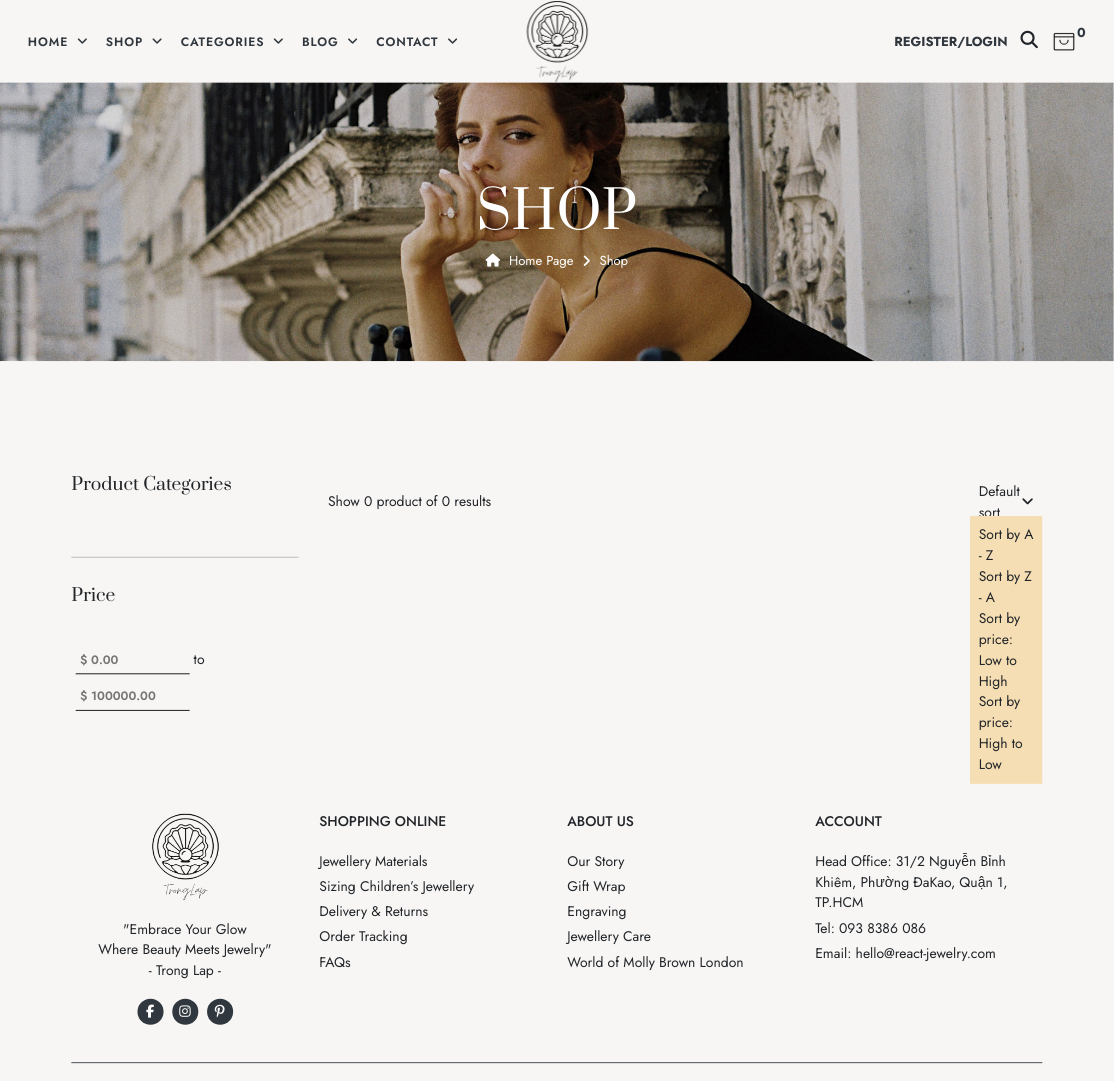
Repository: tronglap/react-jewelry
Page: /list-product
The author's editor kept a copy of each file at every save. The page is drawn from the files as they stood at one save, then again after the next save.
The browser window is 1280 px wide. The pictures show the whole page, at 87% of full size.
The page's requests for data from a server got no answer. The project was rebuilt for these pictures with package versions that can differ from the ones it lists, and the page was loaded fresh each time. No one was signed in, and anything a server would have sent is missing. Also part of the build but not shown: src/component/Button/Button.css, src/component/Button/Button.js, src/component/SliderBar/SliderBar.css, src/component/SliderBar/SliderBar.js, src/component/Home/WWD/WWD.css, src/component/Home/WWD/WWD.js, src/component/Home/Home.css, src/component/Home/Categories/Categories.js and 14 more.

Above is the page before, as saved 2024-03-26 18:43:17.

### src/App.css
@import url('https://fonts.googleapis.com/css2?family=Jost:ital,wght@0,100..900;1,100..900&family=Prata&display=swap');


* {
    margin: 0;
    padding: 0;
    box-sizing: border-box;
}

img {
    width: 100%;
}

a {
    text-decoration: none;
}

ul {
    list-style: none;
    margin: 0;
    padding: 0;
}

body {
    font-family: "Jost", sans-serif;
    --seconddaryfont: "Prata";
    --color-primary: #daa14c;
    --color-secondary: #30373e;
    --color-text: #666;
    --color-accent: #30373e;
    --color-lighter: #888;
    --color-dark: #202020;
    --color-highlight: #ccc;
    --color-border: #e3e3e3;
    --color-background-light: #f8f6f4;
    --color-background-field: #DADADA20;
    background-color: #f8f6f4;
}

### src/component/AutoTop/AutoTop.js
import { useEffect } from "react";
import { useNavigate } from "react-router-dom";

const AutoTop = () => {
  const navigate = useNavigate();
  useEffect(() => {
    window.scrollTo({
      top: 0,
      behavior: "smooth",
    });
  }, [navigate]);
  return null;
};

export default AutoTop;

### src/component/Footer/Footer.css
.footer {
    margin-top: 10%;
    text-align: left;
    height: 40vh;
    border-bottom: 0.1px solid var(--color-secondary);
    margin-bottom: 20px;
}

.footer .logo {
    margin: 0 auto;
    width: 30%;
}

.footer .slogan {
    text-align: center;
    margin: 20px 0;
}

.footer .social-links {
    display: flex;
    gap: 10px;
    margin-top: 10px;
    justify-content: center;
}

.footer .social-links a {
    display: flex;
    align-items: center;
    justify-content: center;
    color: white;
    background-color: var(--color-secondary);
    border-radius: 50%;
    width: 30px;
    height: 30px;
    font-size: 20px;
    text-align: center;
    transition: 0.3s ease;
}

.footer .social-links a:hover {
    background-color: var(--color-primary);
}

::selection {
    color: white;
    background-color: var(--color-primary);
}

.footer ul {
    margin-top: 25px;
}

.footer ul li {
    margin-bottom: 5px;
    cursor: pointer;
    transition: 0.2s linear;
}

.footer ul li:hover {
    color: var(--color-primary)
}

### src/component/ListProduct/ListProduct.css
.ListProduct .box_product {
    margin-top: 10%;
}

.ListProduct .box_product .Product_Categories {
    font-size: 20px;
    font-family: 'Prata', sans-serif;
    font-weight: 400;
    line-height: 1.35;
    text-transform: capitalize;
    margin-bottom: 30px;
    padding-bottom: 10px;
}

.ListProduct .box_product .Categories {
    border-bottom: 1px solid rgba(128, 128, 128, 0.5);
    padding-bottom: 30px;
}

.ListProduct .box_product .Categories .diamonds {
    display: flex;
    width: 35%;
    justify-content: space-between;
    font-size: 18px;
    font-weight: 400;
    font-style: normal;
    text-rendering: optimizeLegibility;
    color: var(--color-text);
    line-height: 1.5;
    letter-spacing: 0;
    cursor: pointer;
    transition: 0.2s ease;
}

.ListProduct .box_product .Categories .diamonds:hover {
    color: var(--color-primary)
}

.ListProduct .box_product .FBP .filterbyprice {
    font-size: 20px;
    font-family: 'Prata', sans-serif;
    font-weight: 400;
    line-height: 1.35;
    text-transform: capitalize;
    margin-bottom: 30px;
    margin-top: 30px;
    padding-bottom: 10px;
}

.ListProduct .box_product .FBP input {
    width: 50%;
    padding: 5px;
    font-size: 14px;
    margin: 5px;
    font-weight: 600;
    text-transform: none;
    border: none;
    border-bottom: 1px solid black;
    outline: none;
    background-color: transparent;
}

input[type=number]::-webkit-inner-spin-button {
    -webkit-appearance: none;
}

.ListProduct .box_product .Cart_list {
    margin-bottom: 20px;
}

.ListProduct .box_product .sorting {
    display: flex;
    justify-content: space-between;
    align-items: center;
}

.ListProduct .box_product .sorting .Count_AP {
    display: flex;
    margin-bottom: 20px;
    padding: 10px;
}

.ListProduct .box_product .sort {
    display: flex;
    align-items: center;
    justify-content: space-between;
    width: 10%;
    margin-bottom: 20px;
    padding: 10px;
    position: relative;
}

.ListProduct .box_product .sort .sorts {
    background-color: wheat;
    padding: 10px 10px;
    width: 100%;
    top: 50px;
    left: 0;
    position: absolute;
}

### src/component/Cart/Cart.css
.Cart .link_header {
    display: flex;
    justify-content: flex-start;
    align-items: center;
}

.Cart .link_header .Home,
.Cart .link_header .Shop {
    line-height: 24px;
    text-decoration: none;
    color: var(--color-text);
    font-weight: 400;
    font-size: 14px;
    transition: 0.2s ease;
}

.Cart .link_header .Shop {
    color: var(--color-primary)
}

.Cart .link_header .Home:hover,
.Cart .link_header .Home:hover i {
    color: var(--color-primary)
}

.Cart .link_header .Home i,
.Cart .link_header .icon i {
    margin-right: 10px;
    color: var(--color-text);
    transition: 0.2s ease;
    font-size: 13px;
}

.Cart .link_header .icon {
    display: flex;
    align-items: center;
    justify-content: center;
    margin: 0 10px;
}

.Cart .cart-product {
    display: none;
    margin-top: 10%;
    text-align: center;
}

.Cart .cart-product.active {
    display: block;
}

.Cart .noti.active {
    display: none;
}

.Cart .cart-product .title {
    color: var(--color-secondary);
    font-weight: 600;
    text-transform: uppercase;
}

.Cart .cart-product .quantity {
    display: flex;
    align-items: center;
    justify-content: space-between;
    border: 1px solid #e3e3e3;

}

.Cart .cart-product .quantity input {
    padding: 13px 0;
    font-size: 14px;
    font-weight: 600;
    text-align: center;
    margin: 0 auto;
    outline: none;
    background-color: transparent;
    border: none;
    width: 50%;
}

.Cart .cart-product .quantity button {
    padding: 5px 10px 5px 10px;
    border: none;
    background-color: transparent;
    transition: 0.5s linear;
    border-radius: 50%;
    outline: none;
}

.Cart .cart-product .quantity button:active {
    background-color: rgba(128, 128, 128, 0.5)
}

p {
    margin: 0;
}

.Cart .cart-product .bill {
    text-align: left;
    padding: 30px 30px 40px;
    position: relative;
    background-color: #F8F6F4;
    border: 6px solid #E3E3E3;
    border-radius: 5px;
    color: var(--color-secondary)
}

.Cart .cart-product .bill .cart-total h2 {
    font-size: 28px;
    font-family: 'Prata', sans-serif;
    margin-bottom: 15px;
    font-weight: 400;
}

.Cart .cart-product .bill .total-product,
.Cart .cart-product .bill .total {
    display: flex;
    justify-content: space-between;
    align-items: center;
    font-size: 18px;
    padding: 1em 0;
}

.Cart .cart-product .bill .total {
    margin: 10% 0
}

.Cart .cart-product .bill .total .price {
    font-size: 24px;
    color: var(--color-primary);
    font-weight: 600;
}

.Cart .cart-product .bill .proceed-to-checkout {
    outline: none;
    text-align: center;
}

.Cart .cart-product .bill .proceed-to-checkout .btn-proceed .shop-now {
    margin: 0;
    text-transform: uppercase;
    width: 100%;
    font-weight: 600;
    font-size: 13px;
}

.Cart .cart-product .bill .proceed-to-checkout .btn-proceed .shop-now:hover {
    box-shadow: inset 350px 0 0 0 var(--color-primary);
}

### src/component/Home/Categories/Categories.css
img {
    width: 100%;
}

.icon_cate {
    display: flex;
    gap: 20px;
    margin: 10% 0;
    justify-content: center;
    align-items: center;
}

.icon_cate .icon1,
.icon_cate .icon2,
.icon_cate .icon3 {
    text-align: center;
}

.icon_cate .icon1 .img_icon,
.icon_cate .icon2 .img_icon,
.icon_cate .icon3 .img_icon {
    display: flex;
    justify-content: center;
    margin-bottom: 15px;
}

.icon_cate .icon1 .img_icon .thumb,
.icon_cate .icon2 .img_icon .thumb,
.icon_cate .icon3 .img_icon .thumb {
    width: 25%;
    border-radius: 50%;
    padding: 20px;
    transition: 0.2s ease;
}

.icon_cate .icon1:hover .img_icon .thumb,
.icon_cate .icon2:hover .img_icon .thumb,
.icon_cate .icon3:hover .img_icon .thumb {
    background: var(--color-primary)
}

.icon_cate .icon1 .title,
.icon_cate .icon2 .title,
.icon_cate .icon3 .title {
    font-size: 24px;
    font-family: 'Prata', sans-serif;
    letter-spacing: .3px;
    color: var(--color-secondary);
    margin-bottom: 15px;
    transition: 0.2s ease;
}

.icon_cate .icon1:hover .title,
.icon_cate .icon2:hover .title,
.icon_cate .icon3:hover .title {
    color: var(--color-primary)
}

.icon_cate .icon1 .desc,
.icon_cate .icon2 .desc,
.icon_cate .icon3 .desc {
    width: 60%;
    margin: 0 auto;
}

.cate {
    overflow: hidden;
}

.cate .right .diamond {
    overflow: hidden;
}

.cate .right {
    display: flex;
    flex-wrap: wrap;
    gap: 5%;
}

.cate .necklaces,
.cate .right .diamond,
.cate .right .earrings,
.cate .right .rings {
    position: relative;
    transition: 0.5s ease;
}

.cate .necklaces::after,
.cate .right .diamond::after,
.cate .right .earrings::after,
.cate .right .rings::after {
    content: "";
    display: block;
    opacity: 0;
    width: 100%;
    height: 200px;
    background: linear-gradient(to top, rgba(0, 0, 0, 0.3), rgba(0, 0, 0, 0));
    bottom: -100px;
    position: absolute;
    transition: 0.5s ease;
    z-index: 0;
}

.cate .necklaces:hover::after,
.cate .right .diamond:hover::after,
.cate .right .earrings:hover::after,
.cate .right .rings:hover::after {
    opacity: 1;
    bottom: 0;
}

.cate .necklaces::before,
.cate .right .diamond::before,
.cate .right .earrings::before,
.cate .right .rings::before {
    content: "";
    opacity: 0;
    width: 100%;
    height: 50px;
    font-family: 'Prata', sans-serif;
    font-size: 35px;
    color: white;
    text-align: center;
    bottom: -50px;
    position: absolute;
    transition: 0.5s ease;
    z-index: 1;
}

.cate .necklaces:hover::before {
    content: "Necklaces";
    opacity: 1;
    bottom: 20px;
}

.cate .right .diamond:hover::before {
    content: "Diamond";
    opacity: 1;
    bottom: 20px;
}

.cate .right .earrings:hover::before {
    content: "Earrings";
    opacity: 1;
    bottom: 20px;
}

.cate .right .rings:hover::before {
    content: "Rings";
    opacity: 1;
    bottom: 20px;
}

### src/component/Header/Header.css
.nav {
    display: flex;
    justify-content: space-between;
    padding: 10px 50px;
    position: absolute;
    background-color: rgba(255, 255, 255, 0);
    color: var(--color-secondary);
    z-index: 1;
    width: 100%;
}

svg {
    margin-top: 0px;
}

path {
    fill: black;
    stroke: black;
    stroke-width: 2px;
    transition: 0.2s linear;
}



.nav .left,
.nav .mid,
.nav .right {
    display: flex;
    align-items: center;
    justify-content: center;
    width: 10%;
}

.nav .right .register a {
    color: var(--color-secondary);
    text-transform: uppercase;
    font-weight: bold;
    font-size: 15px;
    transition: 0.2s linear;
}

.nav .right .register a:hover {
    color: var(--color-primary)
}

.nav .right .cart {
    display: flex;
    justify-content: center;
    align-items: center;
    margin-left: 15px;
    cursor: pointer;
}


.nav .right .cart:hover svg path {
    fill: var(--color-primary);
    stroke: var(--color-primary);
    stroke-width: 2px;
}

.nav .right .cart:hover .count {
    color: var(--color-primary)
}

.nav .right .cart .count {
    font-weight: bold;
    font-size: 15px;
    margin-bottom: 20px;
    transition: 0.2s linear;
    color: var(--color-secondary)
}


.nav .left .bar {
    display: flex;
    justify-content: center;
    align-items: center;
    cursor: pointer;
    position: relative;
    color: transparent;
}

.nav .left .bar .line1 {
    display: block;
    width: 20px;
    height: 2px;
    background-color: var(--color-secondary);
    top: 5px;
    left: 0;
    position: absolute;
    border-radius: 5px;
    transition: 0.1s linear;
}

.nav .left .bar .line2 {
    display: block;
    width: 15px;
    height: 2.5px;
    background-color: var(--color-secondary);
    top: 10px;
    left: 0;
    position: absolute;
    transition: 0.1s linear;
    border-radius: 5px;
}

.nav .left .bar .line3 {
    display: block;
    width: 20px;
    height: 2.5px;
    background-color: var(--color-secondary);
    top: 15px;
    left: 0;
    position: absolute;
    border-radius: 5px;
    transition: 0.1s linear;
}

.nav .left .bar:hover .line1,
.nav .left .bar:hover .line2,
.nav .left .bar:hover .line3 {
    background-color: var(--color-primary)
}

.nav .left .bar:hover .line2 {
    width: 20px;
}

.nav .left .search {
    display: flex;
    justify-content: center;
    align-items: center;
    cursor: pointer;
    transition: 0.2s ease;
}

.nav .left .search:hover {
    color: var(--color-primary)
}

.nav .left .search p {
    text-transform: uppercase;
    font-size: 10px;
    font-weight: bold;
    margin: 0;
}

.nav .left .search i {
    margin-right: 5px;
    font-size: 20px;
}

.nav .mid .logo {
    width: 30%;
}

/*------------------------------------*/

/*  {
    display: none;
    top: 0;
    left: 0;
    width: 100%;
    background-color: rgba(0, 0, 0, 0.5);
    position: absolute;
}

.active {
    display: block;
} */

.NavBar {
    opacity: 0;
    pointer-events: none;
    top: 0;
    left: -200px;
    width: 30%;
    height: 100vh;
    padding: 20px;
    transition: 0.3s linear;
    background-color: white;
    position: absolute;

}

.NavBar.active {
    pointer-events: visible;
    opacity: 1;
    left: 0;
}

.NavBar .icon_close {
    margin-bottom: 5%;
    cursor: pointer;
    position: relative;
}


.NavBar .icon_close .icon .line1 {
    width: 20px;
    height: 2px;
    top: 10px;
    right: 0;
    border-radius: 5px;
    background-color: black;
    transition: 0.3s ease;
    transform: rotate(45deg);
    position: absolute;
}

.NavBar .icon_close .icon .line2 {
    width: 20px;
    height: 2px;
    top: 10px;
    right: 0;
    border-radius: 5px;
    background-color: black;
    transition: 0.3s ease;
    transform: rotate(-45deg);
    position: absolute;
}

.NavBar .icon_close .icon:hover .line1,
.NavBar .icon_close .icon:hover .line2 {
    transform: rotate(0);
    height: 3.5px;
    background-color: var(--color-primary)
}

.NavBar .icon_close .Menu {
    color: var(--color-secondary);
    text-transform: uppercase;
    text-align: left;
    font-size: 14px;
    font-weight: 500;
    line-height: 20px;
    position: relative;
}

.NavBar .icon_close .Menu::after {
    content: "";
    display: block;
    margin-top: 20%;
    width: 100%;
    height: 2px;
    background-color: var(--color-primary);
    position: absolute;
}

.NavBar .Home,
.NavBar .Shop,
.NavBar .Categories,
.NavBar .Blog,
.NavBar .Contact {
    display: flex;
    justify-content: space-between;
    align-items: center;
    font-weight: 400;
    font-size: 14px;
    color: var(--color-secondary);
    padding: 15px 0px;
    transition: 0.1s linear;
    cursor: pointer;
}

.NavBar .Home i,
.NavBar .Shop i,
.NavBar .Categories i,
.NavBar .Blog i,
.NavBar .Contact i {
    font-size: 15px;
    transition: 0.3s ease;
}

.NavBar .Home:hover,
.NavBar .Shop:hover,
.NavBar .Categories:hover,
.NavBar .Blog:hover,
.NavBar .Contact:hover {
    color: var(--color-primary)
}

.NavBar .Home.active i,
.NavBar .Shop.acive i,
.NavBar .Categories.active i,
.NavBar .Blog.active i,
.NavBar .Contact.active i {
    transform: rotate(90deg);
}

### src/component/Header/HeaderMain/Header.css
svg {
    margin-top: 0px;
}

path {
    fill: black;
    stroke: black;
    stroke-width: 2px;
    transition: 0.2s linear;
}

.HeaderMain {
    display: flex;
    justify-content: space-between;
    align-items: center;
    padding: 0 20px;
}

.HeaderMain .left {
    display: flex;
    gap: 20px;
    width: 40%;
}

.HeaderMain .left .Home,
.HeaderMain .left .Shop,
.HeaderMain .left .Categories,
.HeaderMain .left .Blog,
.HeaderMain .left .Contact {
    display: flex;
    justify-content: space-between;
    align-items: center;
    text-transform: uppercase;
    line-height: 1.2857142857;
    font-weight: 600;
    font-size: 14px;
    color: var(--color-secondary);
    letter-spacing: 1px;
    transition: 0.2s ease;
}

.HeaderMain .left .Home:hover,
.HeaderMain .left .Shop:hover,
.HeaderMain .left .Categories:hover,
.HeaderMain .left .Blog:hover,
.HeaderMain .left .Contact:hover {
    color: var(--color-primary);
}


.HeaderMain .left .Home i,
.HeaderMain .left .Shop i,
.HeaderMain .left .Categories i,
.HeaderMain .left .Blog i,
.HeaderMain .left .Contact i {
    margin-left: 10px;
}

.HeaderMain .mid {
    display: flex;
    justify-content: center;
    width: 20%;
}

.HeaderMain .mid .thumb {
    width: 30%;
}

.HeaderMain .right {
    display: flex;
    align-items: center;
    justify-content: right;
    width: 40%;
}

.HeaderMain .right .register a {
    color: var(--color-secondary);
    text-transform: uppercase;
    font-weight: bold;
    font-size: 15px;
    transition: 0.2s linear;
}

.HeaderMain .right .register a:hover {
    color: var(--color-primary)
}

.HeaderMain .right .search {
    transition: 0.2s ease;
}

.HeaderMain .right .search i {
    font-size: 20px;
    margin-left: 15px;
}

.HeaderMain .right .search:hover {
    color: var(--color-primary)
}

.HeaderMain .right .cart {
    display: flex;
    justify-content: center;
    align-items: center;
    margin-left: 15px;
    cursor: pointer;
}


.HeaderMain .right .cart:hover svg path {
    fill: var(--color-primary);
    stroke: var(--color-primary);
    stroke-width: 2px;
}

.HeaderMain .right .cart:hover .count {
    color: var(--color-primary)
}

.HeaderMain .right .cart .count {
    font-weight: bold;
    font-size: 15px;
    margin-bottom: 20px;
    transition: 0.2s linear;
    color: var(--color-secondary)
}

### src/component/ListProduct/Banner/Banner.css
.Banner {
    position: relative;
}

.Banner::after {
    content: "";
    display: block;
    width: 100%;
    height: 100%;
    background-color: rgba(0, 0, 0, 0.5);
}

.Banner .content {
    text-align: center;
    width: 100%;
    top: 50%;
    transform: translateY(-50%);
    position: absolute;
    z-index: 999;

}

.Banner .content .title {
    font-size: 60px;
    font-family: 'Prata', sans-serif;
    color: white;
}

.Banner .content .link_header {
    display: flex;
    justify-content: center;
    align-items: center;
}

.Banner .content .link_header .Home,
.Banner .content .link_header .Shop {
    text-decoration: none;
    color: white;
    font-weight: 400;
    font-size: 15px;
    transition: 0.2s ease;
}

.Banner .content .link_header .Home:hover,
.Banner .content .link_header .Home:hover i {
    color: var(--color-primary)
}

.Banner .content .link_header .Home i,
.Banner .content .link_header .icon {
    margin-right: 10px;
    color: white;
    transition: 0.2s ease
}

.Banner .content .link_header .icon {
    display: flex;
    align-items: center;
    justify-content: center;
    margin: 0 10px;
}

### src/component/CardProduct/CartProduct.css
img {
    width: 100%;
}

.Card_item {
    margin: 0 5px;
    text-align: center;
    position: relative;
    width: 100%;
    text-align: center;
    overflow: hidden;
}

.Card_item .thumb {
    display: block;
    position: relative;
    transition: 0.5s linear;
    overflow: hidden;
    width: 290px;
}

.Card_item .thumb:hover {
    border-radius: 49% 49% 0 0;
}

.Card_item .thumb img {
    transition: 0.5s ease;
    position: relative;
}

.Card_item .thumb img:first-child {
    opacity: 1;
    transition: 0.3s linear;

}

.Card_item .thumb:hover img:first-child {
    opacity: 0;
}

.Card_item .thumb img:last-child {
    opacity: 0;
    position: absolute;
    top: 0;
    left: 0;
    transition: 0.3s linear;
}

.Card_item .thumb:hover img:last-child {
    opacity: 1;
    display: block;
    transform: scale(1.2);
}

.Card_item .sale {
    display: none;
    width: 50px;
    height: 20px;
    color: white;
    padding: 2.5px 10px;
    font-weight: bold;
    font-size: 10px;
    top: 10px;
    left: 10px;
    background-color: var(--color-primary);
    position: absolute;
    transition: 0.2s linear;
    z-index: 999;
}

.Card_item .sale.active {
    display: block;
}

.Card_item:hover .sale.active {
    display: none;
}

.Card_item .info {
    margin-top: 10px;
}

.Card_item .info .cate {
    color: var(--color-primary);
    text-transform: uppercase;
    font-size: 12px;
    font-weight: 500;
    line-height: 1.35;
}

.Card_item .info .name {
    font-size: 20px;
    color: var(--color-secondary);
    text-transform: capitalize;
    transition: 0.2s ease;
}

.Card_item .info .name:hover {
    color: var(--color-primary)
}

.Card_item .info .material {
    color: var(--color-text);
    text-transform: capitalize;
    font-size: 14px
}

.Card_item .info .price .discount {
    font-weight: 700;
    color: var(--color-secondary)
}

.Card_item .info .price .cost {
    color: var(--color-secondary);
    font-weight: 500;
    text-decoration: line-through;
    font-size: 14px;
}

.Card_item .info .price .discount.active {
    display: none;
}

.Card_item .info .price .cost.active {
    font-weight: 700;
    color: var(--color-secondary);
    text-decoration: none;
    font-size: 16px;
}

### src/component/CardNews/CardNews.css
img {
    width: 100%;
}

.Card_news {
    width: 90%;
    margin: 0 auto;
    cursor: pointer;
}

.Card_news .thumb {
    margin-bottom: 3%;
    overflow: hidden;
}

.Card_news .thumb img {
    transition: 0.3s linear;
}

.Card_news .thumb:hover img {
    transform: scale(1.1);
}

.Card_news .infor {
    text-align: center;
}

.Card_news .infor .date p {
    font-size: 14px;
    text-transform: capitalize;
    color: var(--color-lighter);
    transition: 0.5s ease
}

.Card_news .infor .date p:hover {
    color: var(--color-primary)
}

.Card_news .infor .title h4 {
    display: -webkit-box;
    -webkit-box-orient: vertical;
    -webkit-line-clamp: 1;
    overflow: hidden;
    transition: 0.3s ease;
}

.Card_news .infor .title h4:hover {
    color: var(--color-primary)
}

.Card_news .infor .content p {
    display: -webkit-box;
    -webkit-box-orient: vertical;
    -webkit-line-clamp: 3;
    overflow: hidden;
    color: var(--color-text)
}

.Card_news .infor .view {
    color: var(--color-dark);
    font-weight: bold;
    font-size: 13px;
    font-weight: 600;
    line-height: 1.3;
    text-transform: uppercase;
    transition: 0.3s linear;
    margin-top: 12%;
}

.Card_news .infor .view:hover {
    color: var(--color-primary)
}

@keyframes zoom_news {
    0% {
        transform: scale(1);
    }

    100% {
        transform: scale(1.1);
    }
}

Loaded but not shown: public/index.html (common file); src/index.js (common file); src/index.css (common file); src/reportWebVitals.js (common file); src/component/ListProduct/ListProduct.js (166 lines, source omitted); src/component/Header/HeaderMain/Header.js (74 lines, source omitted); src/component/Footer/Footer.js (69 lines, source omitted); src/App.js (36 lines, source omitted); src/UseContext.js (36 lines, source omitted); src/component/ListProduct/Banner/Banner.js (31 lines, source omitted); src/UseFetch.js (26 lines, source omitted)

After the next save:
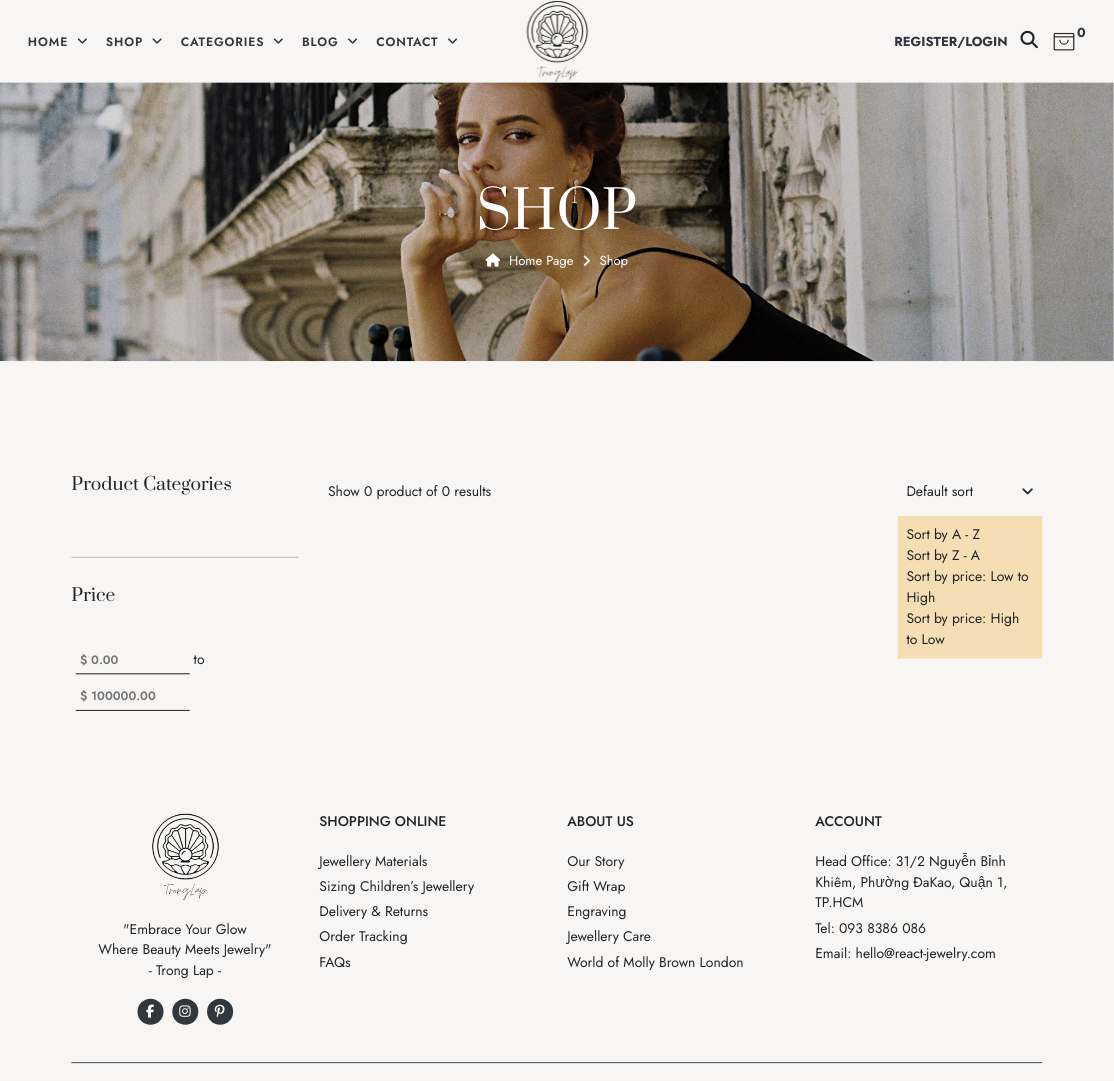
Saved 5 s later.
--- a/src/component/ListProduct/ListProduct.css
+++ b/src/component/ListProduct/ListProduct.css
@@ -84,7 +84,7 @@ input[type=number]::-webkit-inner-spin-button {
     display: flex;
     align-items: center;
     justify-content: space-between;
-    width: 10%;
+    width: 20%;
     margin-bottom: 20px;
     padding: 10px;
     position: relative;
